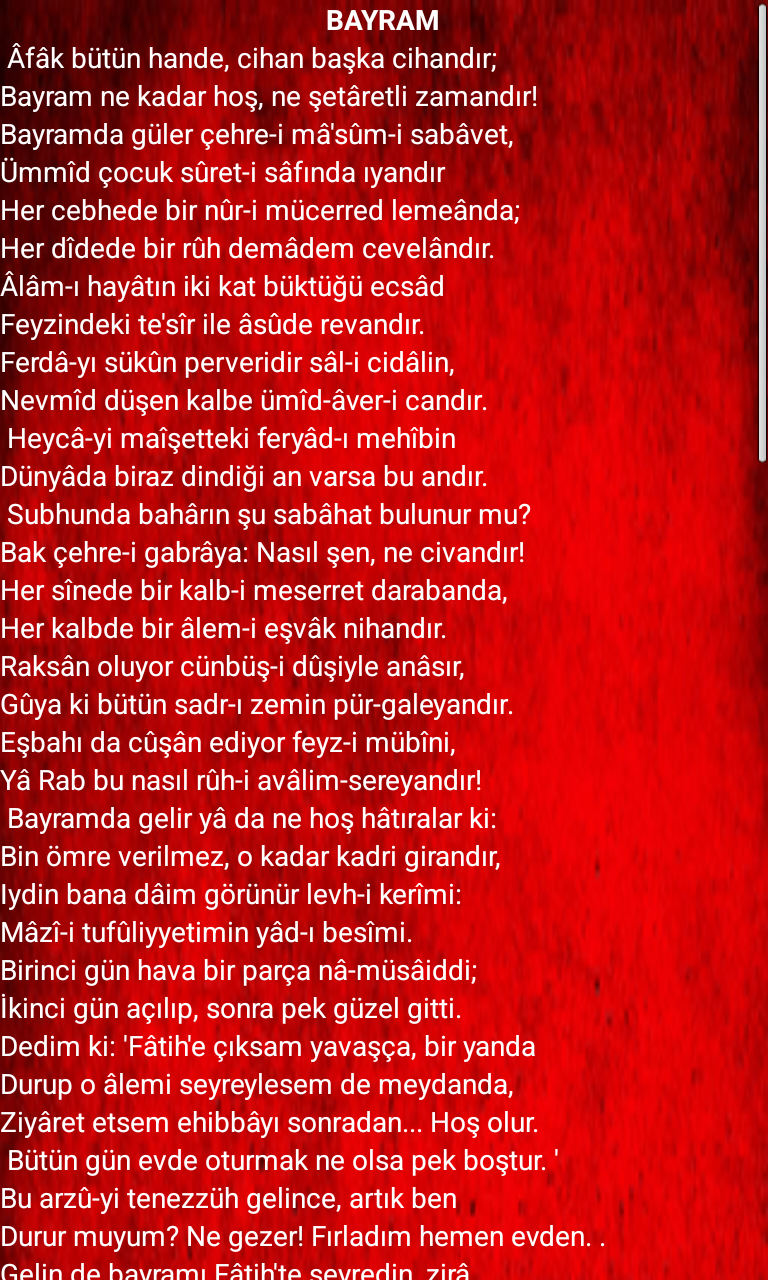
Repository: dokayazilim/Safahat-Android--Uygulamasi
Layout: safahat(android)/Safahat/res/layout/kitap14.xml
An editor plug-in stored every save of this project. The layout is shown before and after the next save, followed by the edit.
It is drawn on a 768 x 1280 px phone screen (xhdpi) without system bars, with theme android:Theme; the app's code is not run.

Above is the layout before, as saved 2012-09-06 13:55:47.

After the next save:
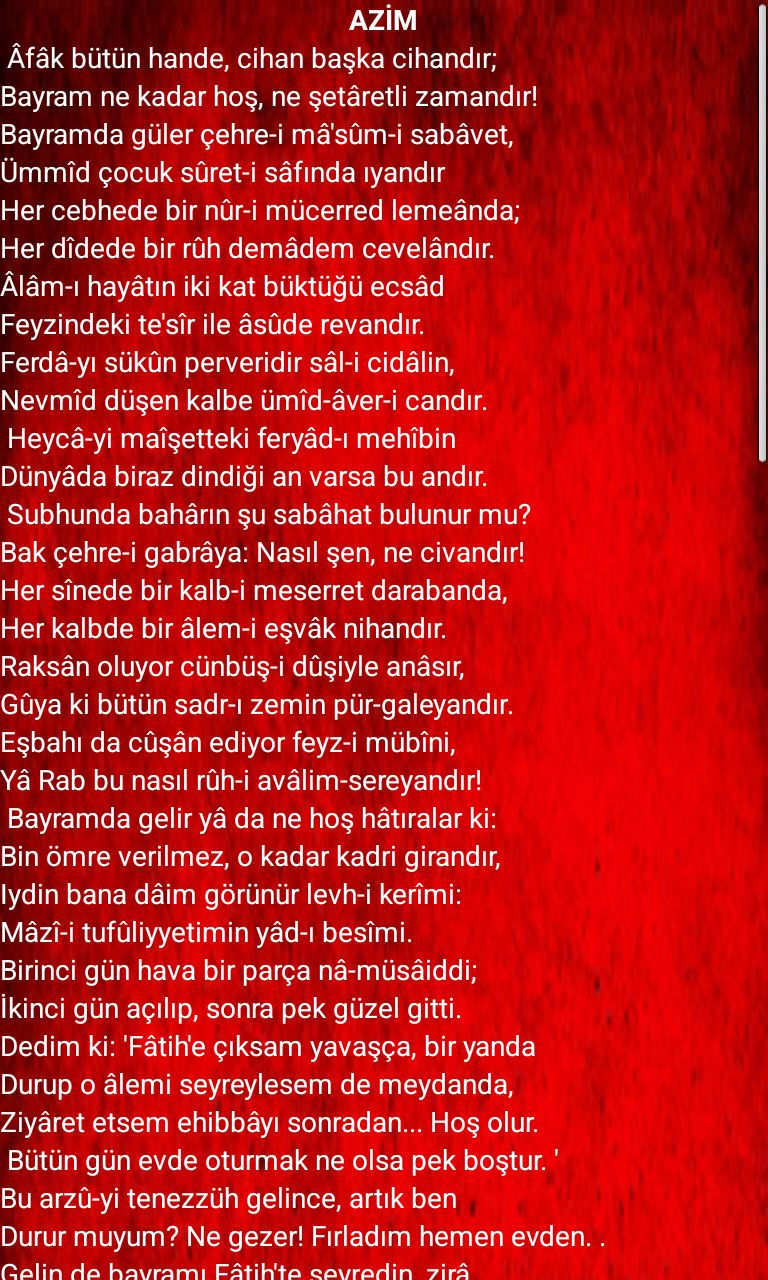
Saved 49 s later.
--- a/safahat(android)/Safahat/res/layout/kitap14.xml
+++ b/safahat(android)/Safahat/res/layout/kitap14.xml
@@ -9,7 +9,7 @@
         android:id="@+id/textView1"
         android:layout_width="wrap_content"
         android:layout_height="wrap_content"
-        android:text="BAYRAM" android:textColor="#ffffff" android:layout_gravity="center" android:textStyle="bold"/>
+        android:text="AZİM" android:textColor="#ffffff" android:layout_gravity="center" android:textStyle="bold"/>
 <TextView
         android:id="@+id/textView2"
         android:layout_width="wrap_content"
